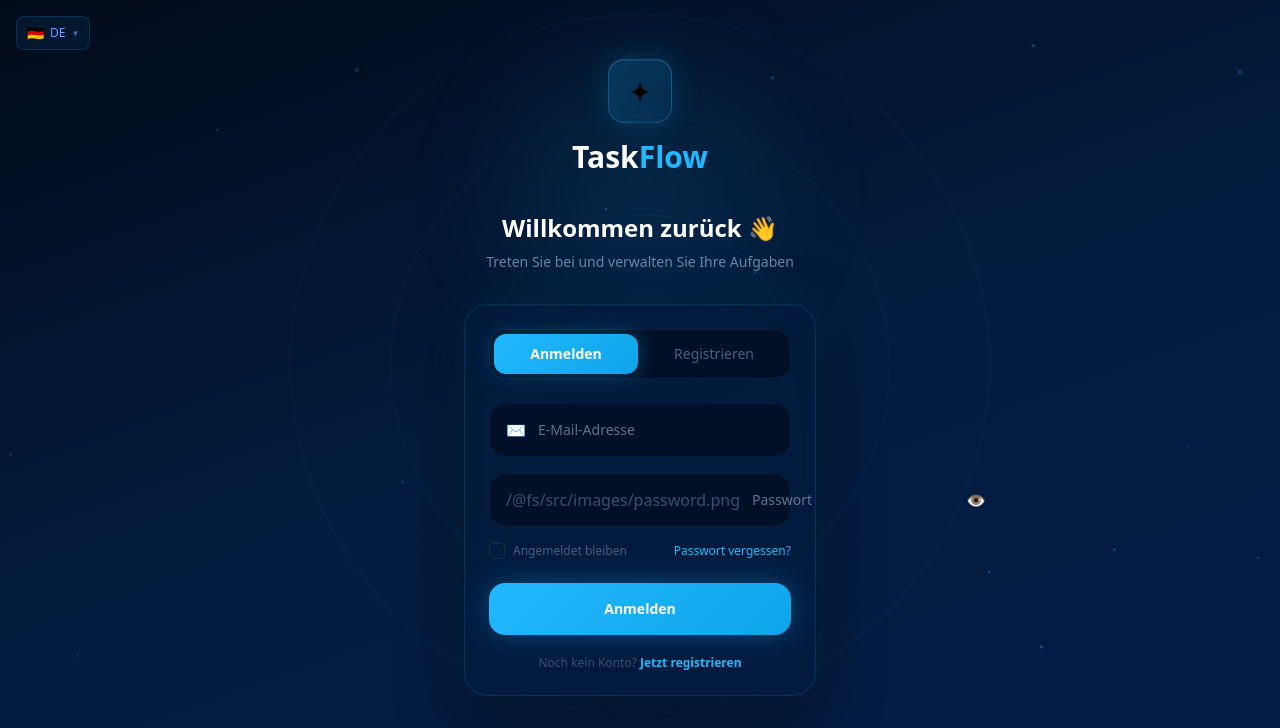
Repository: IssamSaed98/TaskManager.Frontend
Page: /
These files come from the project's save history. The page is drawn as it stood at one moment and after the next save; the edit follows.
The browser window is 1280 px wide. The pictures show the whole page.
The project was rebuilt for these pictures with package versions that can differ from the ones it lists, and the page was loaded fresh each time. Also part of the build but not shown: vite.config.js, src/pages/Register.jsx, src/pages/AdminDashboard.jsx, src/components/TaskForm.jsx, src/components/TaskCard.jsx, src/components/KanbanBoard.jsx.

Above is the page before, as saved 2026-06-01 14:42:14.

After the next save:
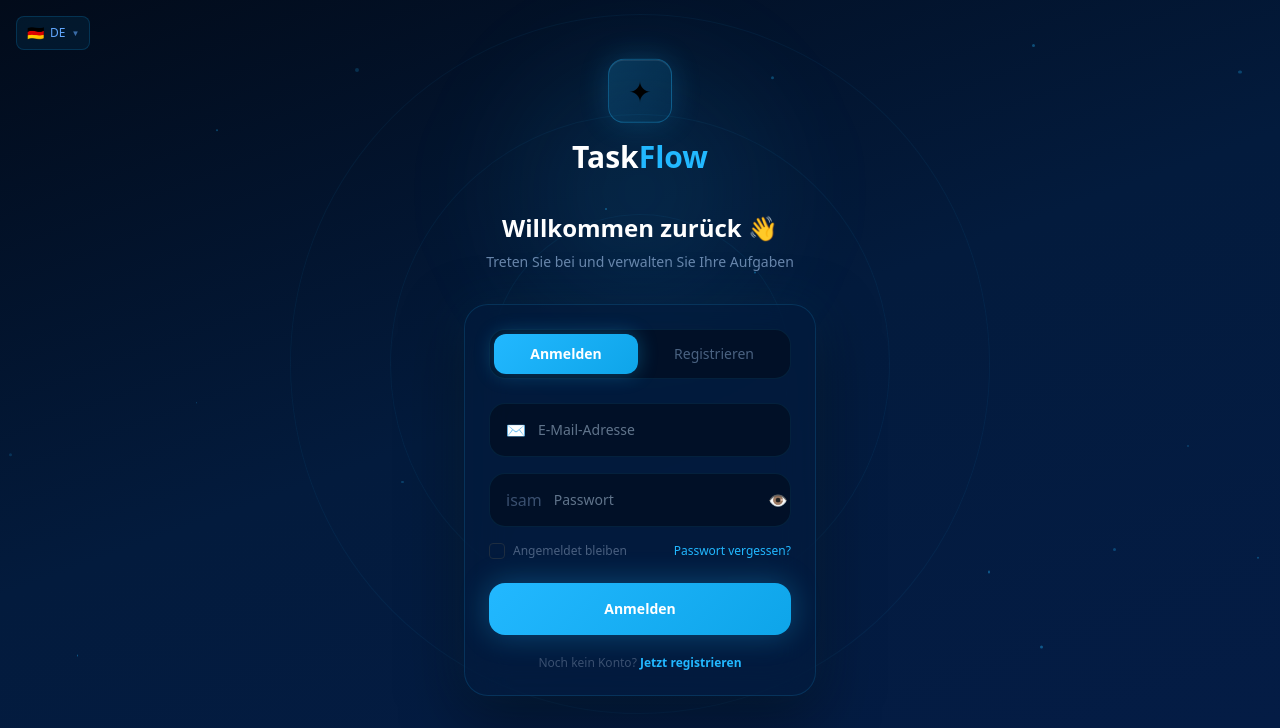
Saved 57 s later.
--- a/src/pages/Login.jsx
+++ b/src/pages/Login.jsx
@@ -186,7 +186,7 @@ function Login({ onLogin, goToRegister }) {
       transition: 'all 0.15s ease',
     }}
   >
-    <span style={{ color: focusedField === 'password' ? '#22B8FF' : '#3a5070' }}>{passImage}</span>
+    <span style={{ color: focusedField === 'password' ? '#22B8FF' : '#3a5070' }}>isam</span>
     <input
       type={showPassword ? 'text' : 'password'}
       value={password}
